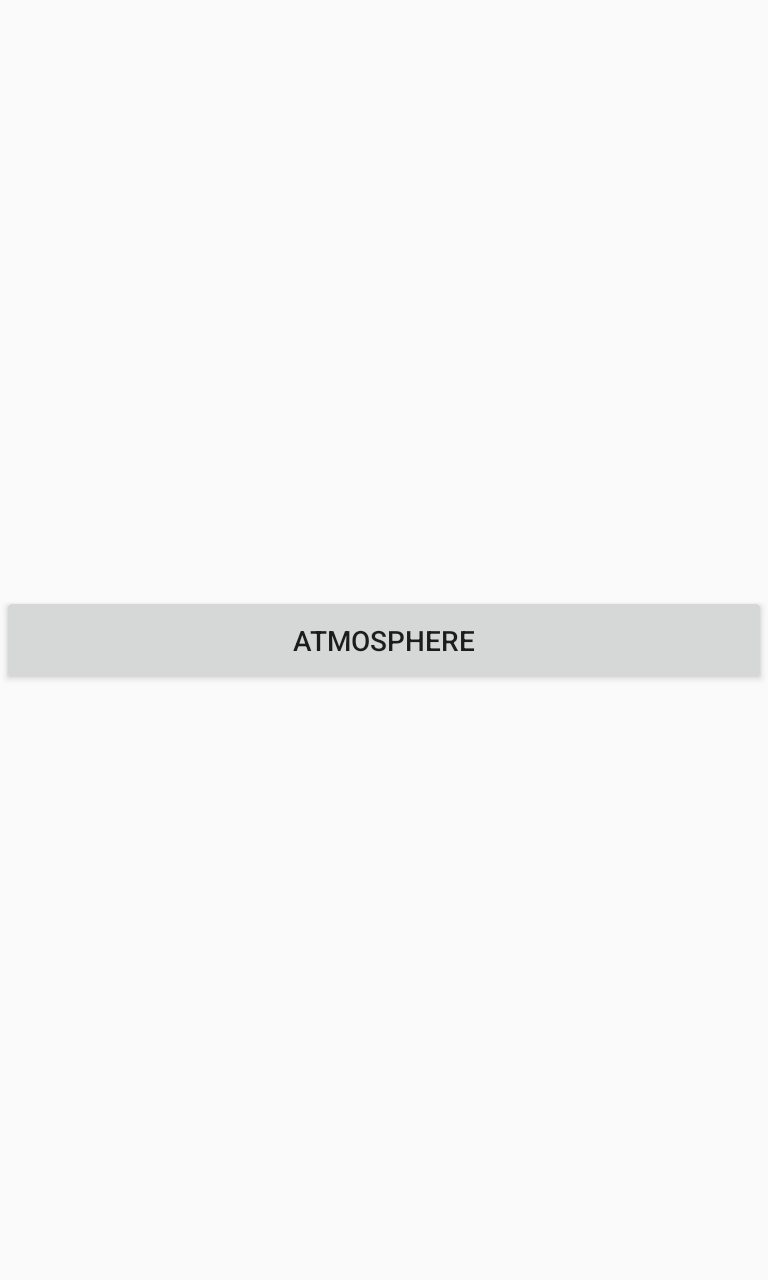
Repository: tae-jun/android
Layout: h1024_MulitipleActivities/res/layout/activity_list.xml
These files come from the project's save history. The layout is drawn as it stood at one moment and after the next save; the edit follows.
It is drawn on a 768 x 1280 px phone screen (xhdpi) without system bars, with theme AppTheme; the app's code is not run.

Above is the layout before, as saved 2014-10-23 14:45:36.

After the next save:
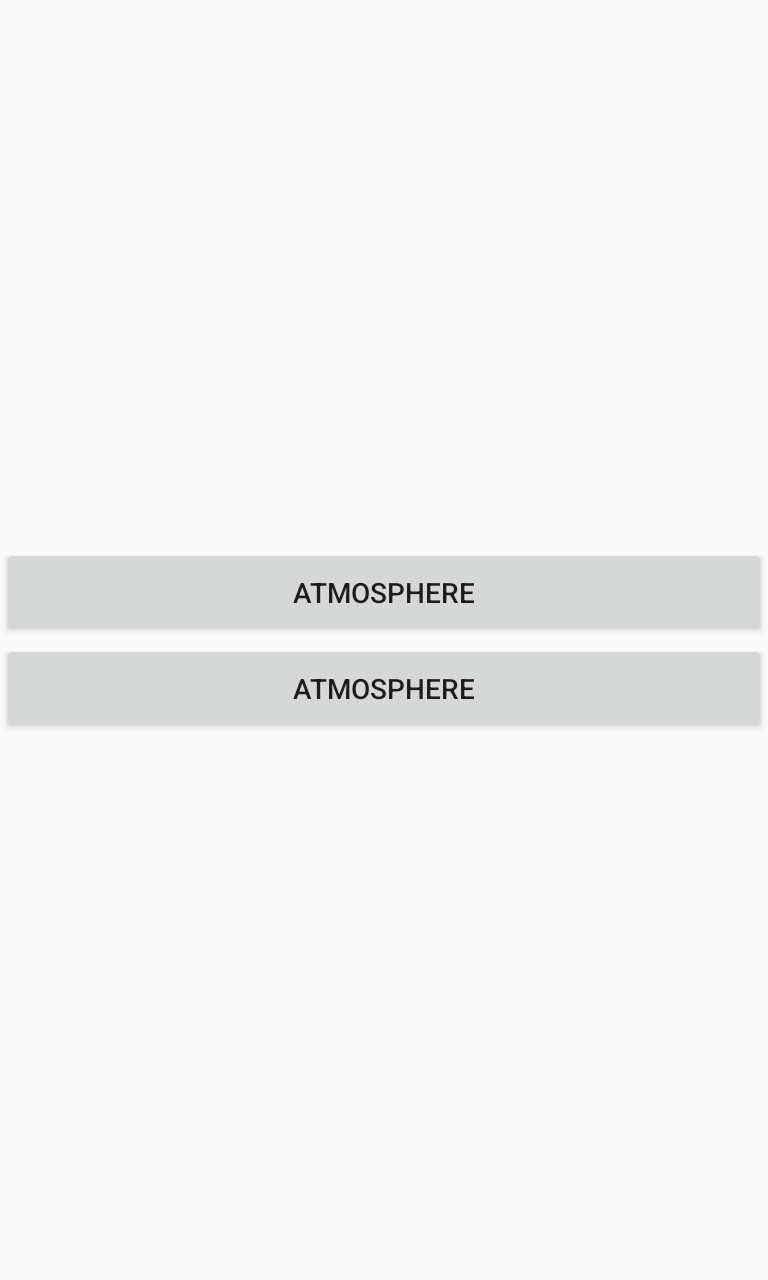
Saved 34 s later.
--- a/h1024_MulitipleActivities/res/layout/activity_list.xml
+++ b/h1024_MulitipleActivities/res/layout/activity_list.xml
@@ -6,7 +6,12 @@
     android:orientation="vertical" >
 
     <Button
-        android:id="@+id/btnAtmos"
+        android:id="@+id/btnKaskade"
+        android:layout_width="match_parent"
+        android:layout_height="wrap_content"
+        android:text="Atmosphere" />
+    <Button
+        android:id="@+id/btnGalantis"
         android:layout_width="match_parent"
         android:layout_height="wrap_content"
         android:text="Atmosphere" />
